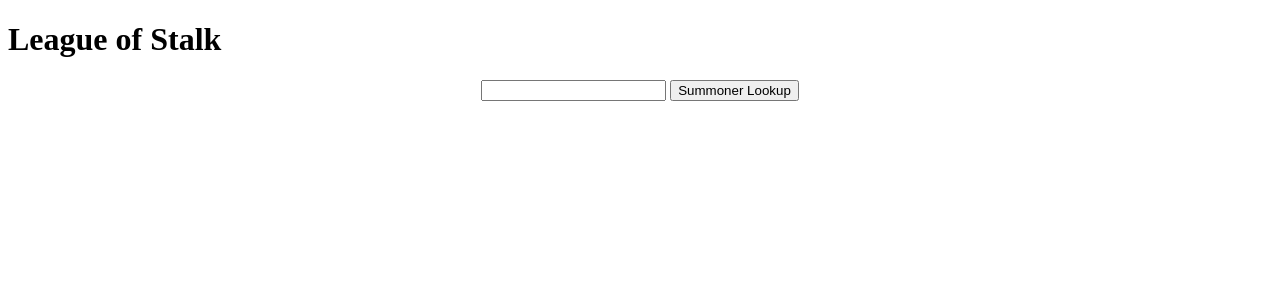
Repository: Dreifingerjpey/TestLos
Page: http://localhost/LeagueOfStalk/
These files come from the project's save history. The page is drawn as it stood at one moment and after the next save; the edit follows.
The browser window is 1280 px wide. The pictures show the whole page.
The page is served by Tomcat 9.

Above is the page before, as saved 2017-08-05 00:59:56.

After the next save:
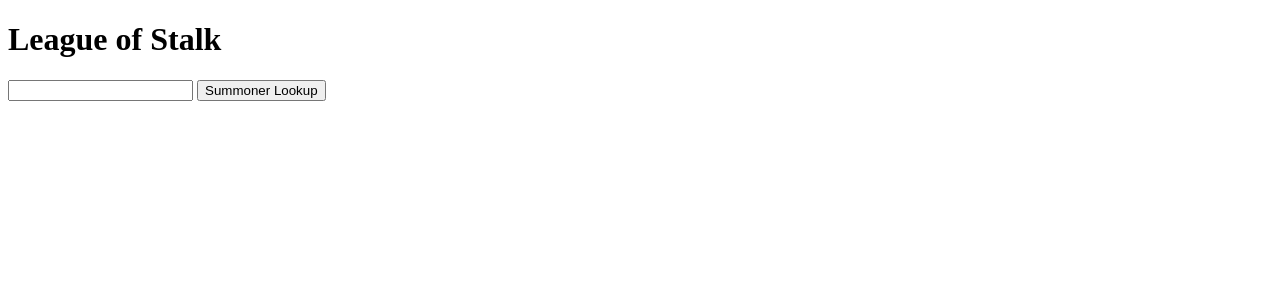
Saved 9 h 24 min later.
--- a/Eclipse/LeagueOfStalk/WebContent/index.jsp
+++ b/Eclipse/LeagueOfStalk/WebContent/index.jsp
@@ -11,12 +11,12 @@
 </head>
 
 <body >
-	<h1>League of Stalk</h1>
-		<div align="center">
+	<div class="Input">
+		<h1>League of Stalk</h1>
 			<form  action="SummonerLookup">
-			<input type="text" name="summoner">
-			<input type="submit" value="Summoner Lookup"/>
-		</div>
-	</form>
+				<input type="text" name="summoner">
+				<input type="submit" value="Summoner Lookup"/>
+			</form>
+	</div>
 </body>
 </html>

After the 2 saves that followed:
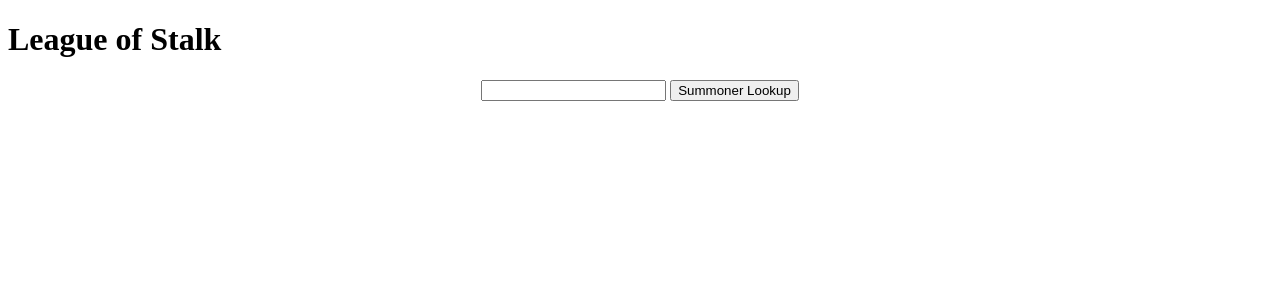
The 2 saves are shown as one change because 1 left the picture as it was.
The last was saved 2 min 47 s later.
--- a/Eclipse/LeagueOfStalk/WebContent/index.jsp
+++ b/Eclipse/LeagueOfStalk/WebContent/index.jsp
@@ -13,7 +13,7 @@
 <body >
 	<div class="Input">
 		<h1>League of Stalk</h1>
-			<form  action="SummonerLookup">
+			<form align="center" action="SummonerLookup">
 				<input type="text" name="summoner">
 				<input type="submit" value="Summoner Lookup"/>
 			</form>
